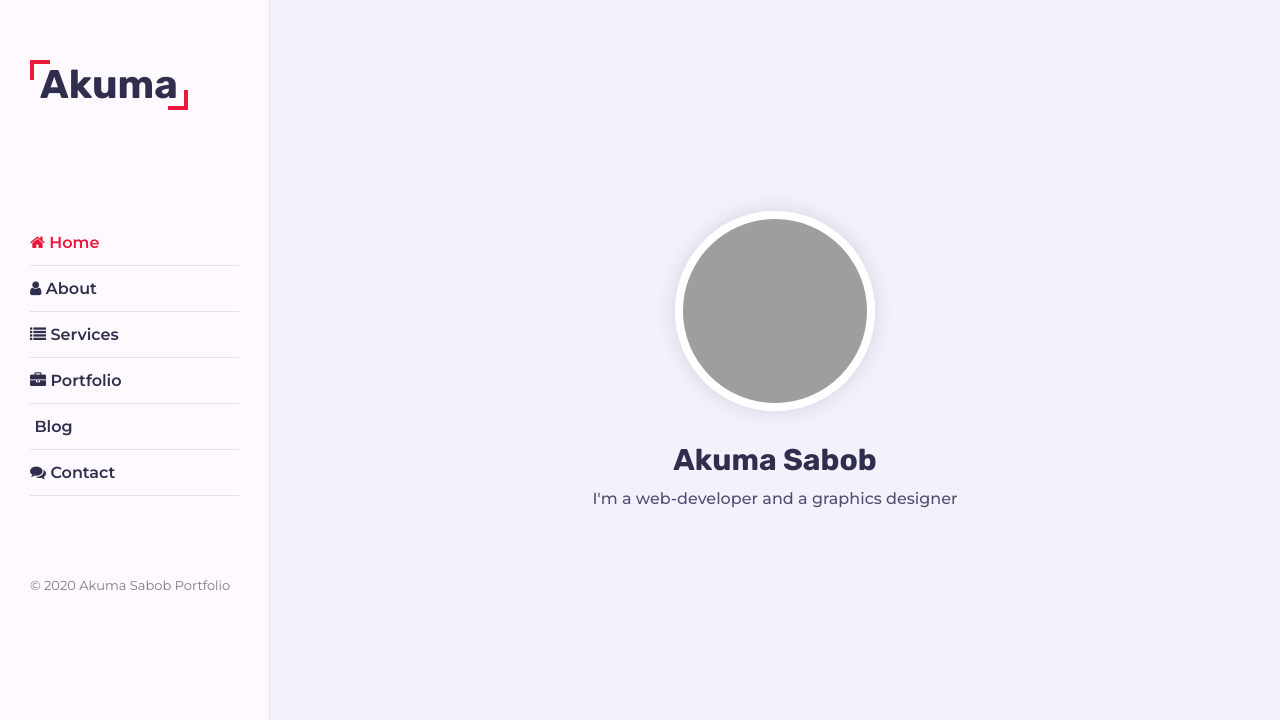
Repository: Akuma001/MY-Portfolio
Page: index.html
These files come from the project's save history. The page is drawn as it stood at one moment and after the next save; the edit follows.
The browser window is 1280 px wide. The pictures show the whole page.
Pictures or frames that could not be fetched are drawn as grey boxes.

Above is the page before, as saved 2020-12-13 14:28:43.

### index.html
<!DOCTYPE html>
<html lang="en">
<head>
  <title>Akuma Sabob</title>
  <meta charset="utf-8">
  <meta name="viewport" content="width=device-width, initial-scale=1">
   <!-- Template css Files -->
	<link rel="stylesheet" href="./css/style.css" type="text/css">
  <link rel="stylesheet" href="./css/skins/pink.css" type="text/css">
  <!-------Favcon icon-------->
  <link href="./images/favicon.ico" rel="icon" type="image/x-icon" />
</head>
<body>
<!-----------Main------------->
<div class="main-container">
<!-----------Side------------->
  <div class="aside">
    <div class="logo">
      <a href="#">Akuma</a>
    </div>

     <!----------Nav toggler---------->
     <div class="nav-toggler">
       <span></span>
     </div>
     <!----------Nav toggler---------->

    <!----------Nav Bar---------->
    <ul class="nav">
      <li><a href="#" class="active"><i class="fa fa-home"></i> Home</a></li>
      <li><a href="#"><i class="fa fa-user"></i> About</a></li>
      <li><a href="#"><i class="fa fa-list"></i> Services</a></li>
      <li><a href="#"><i class="fa fa-briefcase"></i> Portfolio</a></li>
      <li><a href="#"><i class="fa fa-envelop"></i> Blog</a></li>
      <li><a href="#"><i class="fa fa-comments"></i> Contact</a></li>
    </ul>
    <div class="copyright-text">
      &copy; 2020 Akuma Sabob Portfolio
    </div>

  </div>
<!-----------Side End------------->

<!-----------Main content------------->
  <div class="main-content">

    <section class="home section">
      <div class="container">
        <div class="intro">
          <img src="./images/KOR_6353 edited.jpg" alt="Profile" class="shadow-dark">
          <h1>Akuma Sabob</h1>
          <p>I'm a web-developer and a graphics designer</p>
        </div>
      </div>
    </section>
  </div>
<!-----------Main content End------------->

</div>
<!-----------Main------------->
</body>
</html>

### css/style.css

 /*Font Awesome Free Icon*/
 @import url("https://stackpath.bootstrapcdn.com/font-awesome/4.7.0/css/font-awesome.min.css");
 /*Google fonts*/
 @import url('https://fonts.googleapis.com/css?family=Montserrat:400,500,600,700&display=swap');
 @import url('https://fonts.googleapis.com/css?family=Rubik:500,700,900&display=swap');


body{
    margin: 0;
    line-height: 1.5;
    font-size: 16px;
    font-family: 'Montserrat', sans-serif;
    font-weight: 400;
}
*{
    margin: 0;
    padding: 0;
    outline: none;
    text-decoration: none;
    box-sizing: border-box;
}
::before, ::after{
    box-sizing: border-box;
}

.section{
    background-color: #f2f2fc;
    min-height: 100vh;
    display: block;
    padding: 0 30px;
}
.main-content{
    padding-left: 270px;
}

.container{
    max-width: 1100px;
    width: 100%;
    margin: auto;
}
.shadow-dark{
    -webkit-box-shadow: 0 0 20px rgba(48, 46, 77, 0.15);
    box-shadow: 0 0 20px rgba(48, 46, 77, 0.15);
}

 /*    aside  */
 .aside{
     width: 270px;
     background-color: #fdf9ff;
     position: fixed;
     height: 100%;
     left: 0;
     top: 0;
     z-index: 10;
     border-right: 1px solid #e8dfec;
     padding: 30px;
 }


 .aside .logo{
    padding: 30px 0;
 }
 .aside .logo a{
     font-size: 40px;
     color: #302e4d;
     font-family: 'Rubik', sans-serif;
     font-weight: 700;
     text-decoration: none;
     display: inline-block;
     position: relative;
     padding: 0 10px;
     line-height: 50px;
 }
 .aside .logo a::before{
     content: '';
     height: 20px;
     width: 20px;
     position: absolute;
     top: 0;
     left: 0;
 }
 .aside .logo a::after{
    content: '';
    height: 20px;
    width: 20px;
    position: absolute;
    bottom: 0;
    right: 0;
 }
 .aside .nav-toggler{
     height: 40px;
     width: 45px;
     border: 1px solid #d4d4e3;
     cursor: pointer;
     position: fixed;
     left: 300px;
     top: 30px;
     z-index: 11;
     border-radius: 5px;
     background-color: #fdf9ff;
     /*
     display: -ms-flexbox;
     display: flex;
     */
     display: none;
     -ms-flex-align: center;
     align-items: center;
     -ms-flex-pack: center;
     justify-content: center;
 }
 .aside .nav-toggler span{
    height: 2px;
    width: 18px;
    display: inline-block;
    position: relative;
 }
 .aside .nav-toggler span::before{
     content: '';
     height: 2px;
     width: 18px;
     position: absolute;
     top: -6px;
     left: 0;
 }
 .aside .nav-toggler span::after{
    content: '';
    height: 2px;
    width: 18px;
    position: absolute;
    top: 6px;
    left: 0;
}
 .aside .nav{
    list-style: none;
     margin: 80px 0;
     padding: 0;
 }
 .aside .nav li{
     display: block;
 }
 .aside .nav li a{
     font-size: 16px;
     font-weight: 600;
     color: #302e4d;
     text-decoration: none;
     line-height: 45px;
     display: block;
     border-bottom: 1px solid #e8dfec;
     -webkit-transition: all 0.3s ease;
     transition: all 0.3s ease;
     text-transform: capitalize;
 }
 .aside .nav li a:not(.active):hover{
     padding-left: 5px;
 }
 .aside .nav li a fa{
     margin-right: 5px;
 }
 .aside .copyright-text{
    font-size: 13px;
    color: #7d7d7d;
 }

 /*    Home      */

 .home{
     min-height: 100vh;
     display: -ms-flexbox;
     display: flex;
 }

 .home .intro{
     text-align: center;
 }

 .home .intro img{
     height: 200px;
     width: 200px;
     border-radius: 50%;
     display: inline-block;
     border: 8px solid #ffffff;
 }

 .home .intro h1{
     font-size: 30px;
     color: #302e4d;
     font-family: 'Rubik', sans-serif;
     font-weight: 700;
     margin: 20px 0 5px;
 }
 .home .intro p{
     font-size: 16px;
     font-weight: 500;
     margin: 0%;
     line-height: 22px;
     color: #504e70;
 }

### css/skins/pink.css
.aside .logo a::before{
    border-top: 4px solid #ec1839;
    border-left: 4px solid #ec1839;
}

.aside .logo a::after{
    border-right: 4px solid #ec1839;
    border-bottom: 4px solid #ec1839;
}
.aside .nav li a:hover,
.aside .nav li a.active{
    color: #ec1839;
}
.aside .nav-toggler span,
.aside .nav-toggler span::before,
.aside .nav-toggler span::after{
    background-color: #ec1839;
}

After the next save:
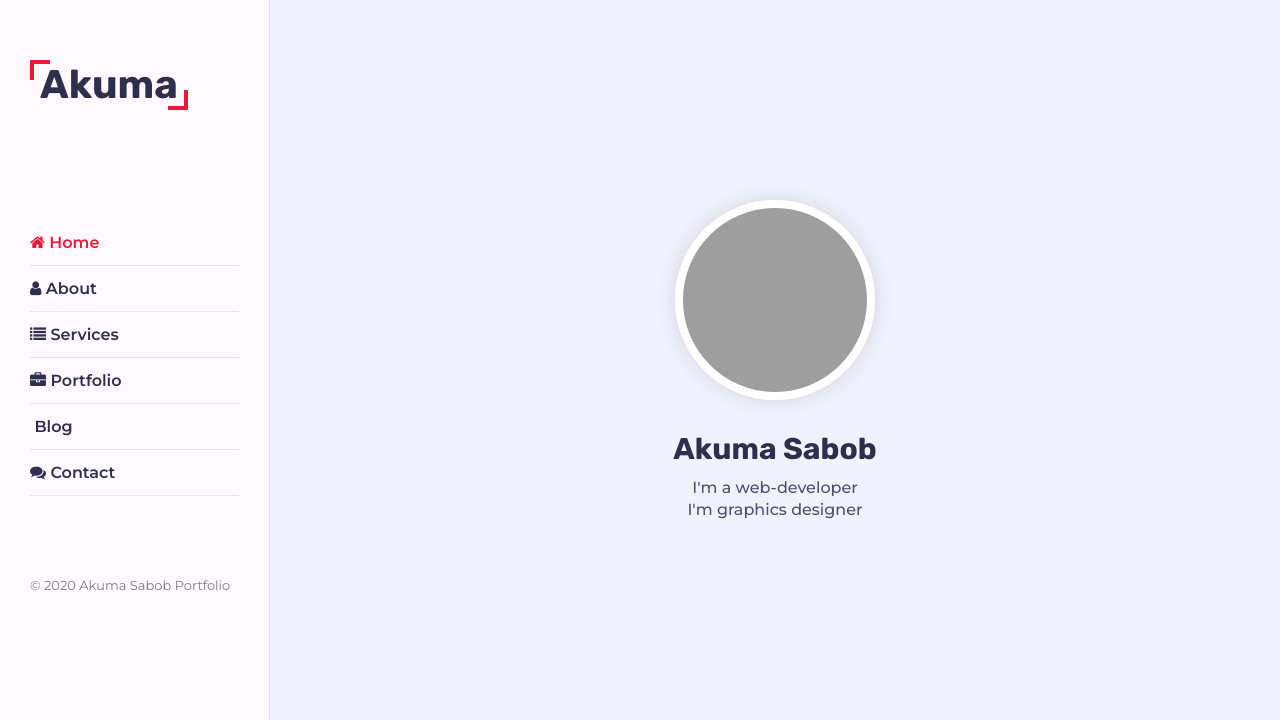
Saved 41 s later.
--- a/index.html
+++ b/index.html
@@ -49,7 +49,7 @@
         <div class="intro">
           <img src="./images/KOR_6353 edited.jpg" alt="Profile" class="shadow-dark">
           <h1>Akuma Sabob</h1>
-          <p>I'm a web-developer and a graphics designer</p>
+          <p>I'm a web-developer <br> I'm graphics designer</p>
         </div>
       </div>
     </section>
